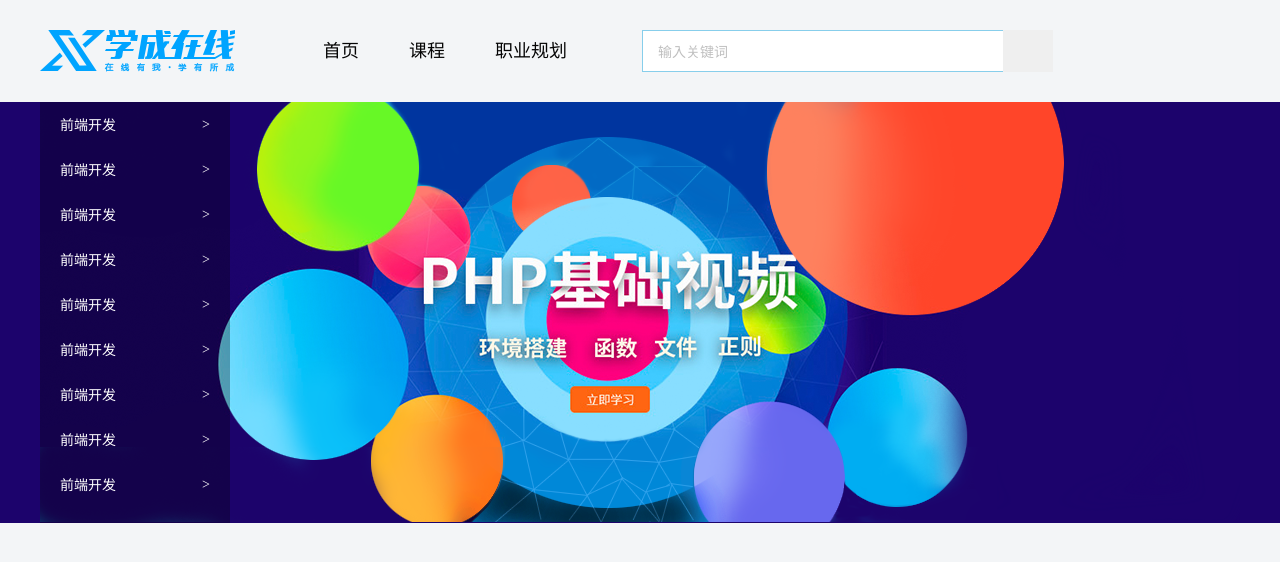
Repository: R1Deemo/Web-Project
Page: index..html
The author's editor kept a copy of each file at every save. The page is drawn from the files as they stood at one save, then again after the next save.
The browser window is 1280 px wide. The pictures show the whole page.

Above is the page before, as saved 2022-03-09 17:26:56.

After the next save:
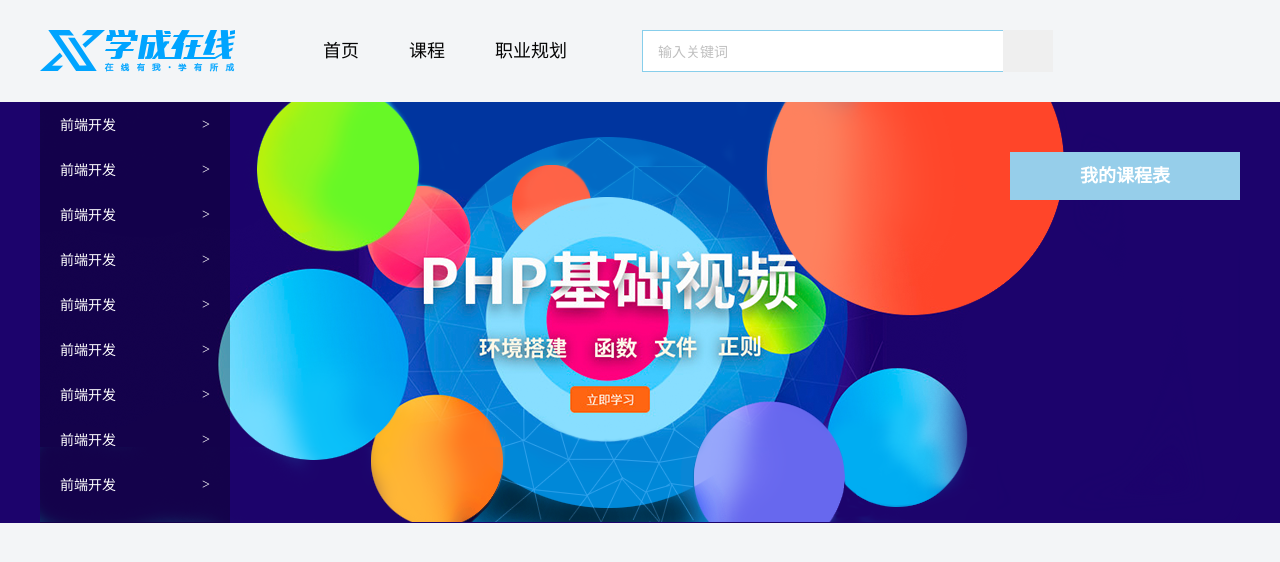
Saved 2 s later.
--- a/index..html
+++ b/index..html
@@ -58,6 +58,10 @@
 
             </div>
             <div class="course">
+                <h2>我的课程表</h2>
+                <div class="bd">
+
+                </div>
 
             </div>
         </div>
